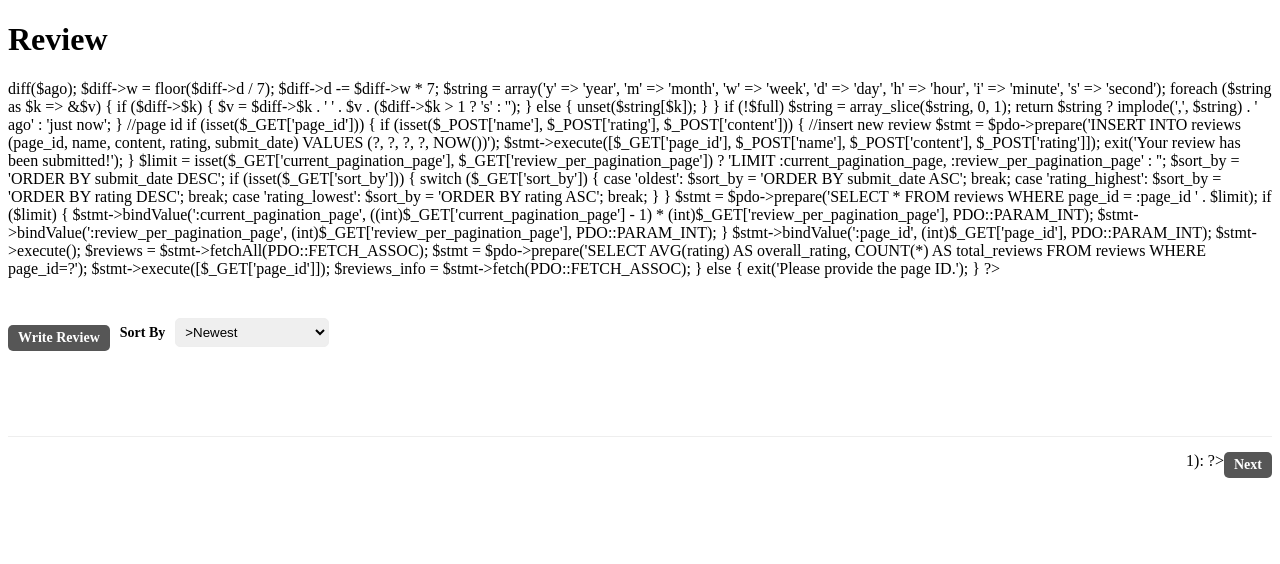
Repository: chathura226/SeekWork_Group_Project_I
Page: ratingsystem/index.html
The author's editor kept a copy of each file at every save. The page is drawn from the files as they stood at one save, then again after the next save.
The browser window is 1280 px wide. The pictures show the whole page.

Above is the page before, as saved 2023-12-22 20:12:40.
Console error: TypeError: Cannot set properties of null (setting 'onsubmit')

After the next save:
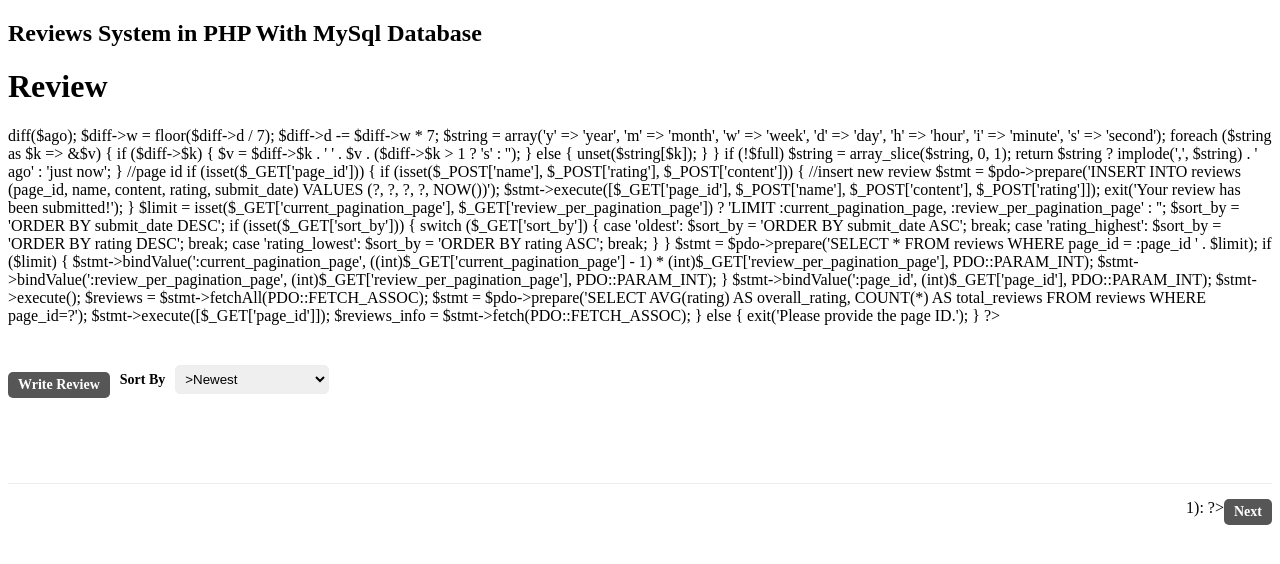
Saved 47 min 16 s later.
--- a/ratingsystem/index.html
+++ b/ratingsystem/index.html
@@ -7,6 +7,12 @@
 
     </head>
     <body>
+
+        <nav class="navtop">
+            <div>
+                <h1>Reviews System in PHP With MySql Database</h1>
+            </div>
+        </nav>
 
         <h1>Review</h1>
 
